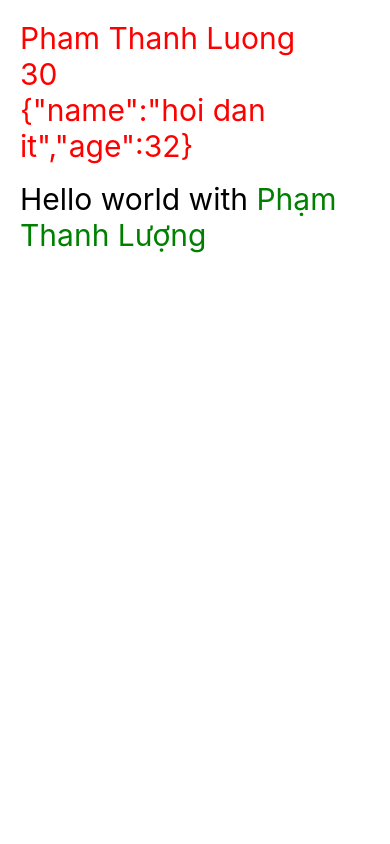
Repository: LuongPTCE181311/React-Native-Ultimate
Screen: /
An editor plug-in stored every save of this project. The screen is shown before and after a run of saves, followed by the edit.
The app was drawn by React Native's web renderer in a window 390 px wide. The project was rebuilt for these pictures with package versions that can differ from the ones it lists, and the page was loaded fresh each time. Some packages were replaced by stand-ins written for this rebuild.

Above is the screen before, as saved 2026-05-30 15:24:41.

### App.tsx
import { StatusBar } from 'expo-status-bar';
import { useState } from 'react';
import { StyleSheet, Text, TextInput, View } from 'react-native';


export default function App() {

  const [name, setName] = useState<string>("Pham Thanh Luong");

  const [age, setAge] = useState<number>(30);

  const [person, setPerson] = useState<{
    name: string;
    age: number;
  }>({
    name: "hoi dan it",
    age: 32
  })
  return (
    <View style={styles.container}>
      <View>
        <Text style={styles.text} >{name}</Text>
        <Text style={styles.text} >{age}</Text>
        <Text style={styles.text} >{JSON.stringify(person)}</Text>
        <TextInput/>
      </View>
      <Text style={styles.text2}>Hello world with
        <Text style={styles.greenColor}> Phạm Thanh Lượng</Text>
      </Text>
    </View>
  );
}

const styles = StyleSheet.create({
  greenColor: {
    color: "green"
  },
  text: {
    fontSize: 30,
    color: "red"
  },
  text2: {
    fontSize: 30
  },
  container: {
    flex: 1,
    backgroundColor: '#fff',
    // alignItems: 'center',
    // justifyContent: 'center'
    paddingTop: 20,
    paddingLeft: 20
  },
  borderInput: {
    borderColor: "violet",
    borderWidth: 1
  }
});

Loaded but not shown: index.ts (common file)

After the next 4 saves:
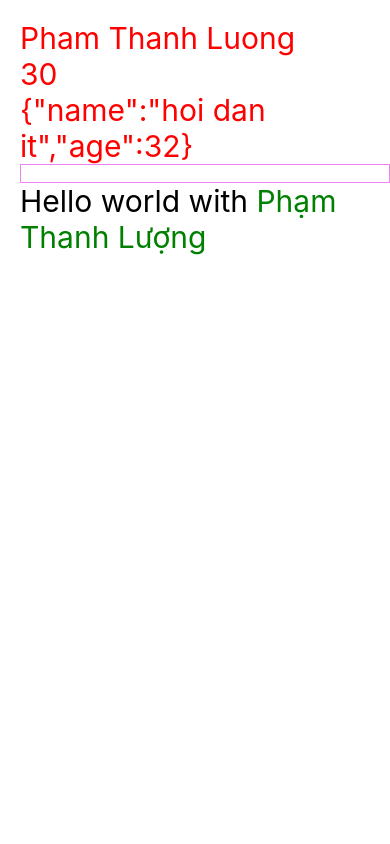
The 4 saves are shown as one change because they came seconds apart.
The last was saved 19 s later.
--- a/App.tsx
+++ b/App.tsx
@@ -22,7 +22,7 @@ export default function App() {
         <Text style={styles.text} >{name}</Text>
         <Text style={styles.text} >{age}</Text>
         <Text style={styles.text} >{JSON.stringify(person)}</Text>
-        <TextInput/>
+        <TextInput style={styles.borderInput}/>
       </View>
       <Text style={styles.text2}>Hello world with
         <Text style={styles.greenColor}> Phạm Thanh Lượng</Text>
